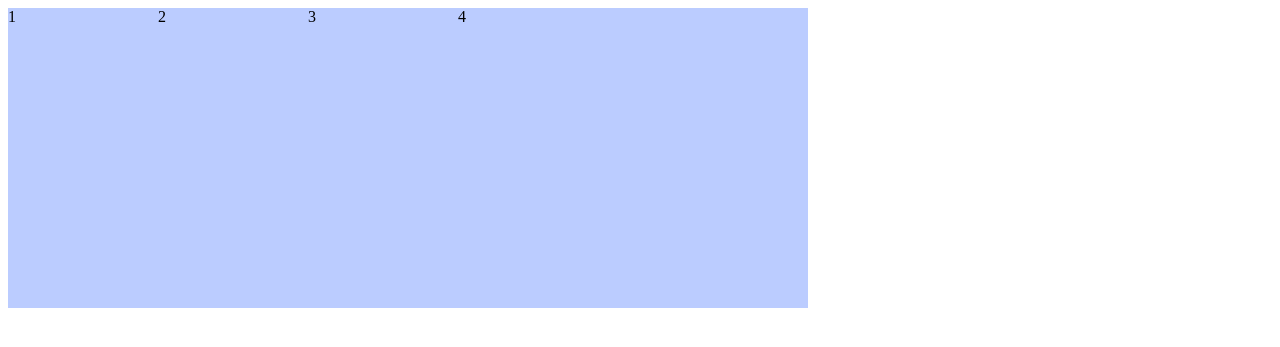
Repository: liutian97/learn1
Page: 移动端web开发/代码/2. Flex 伸缩布局/05-flex-wrap子元素是否换行.html
These files come from the project's save history. The page is drawn as it stood at one moment and after a run of saves; the edit follows.
The browser window is 1280 px wide. The pictures show the whole page.

Above is the page before, as saved 2022-07-02 16:51:26.

After the next 2 saves:
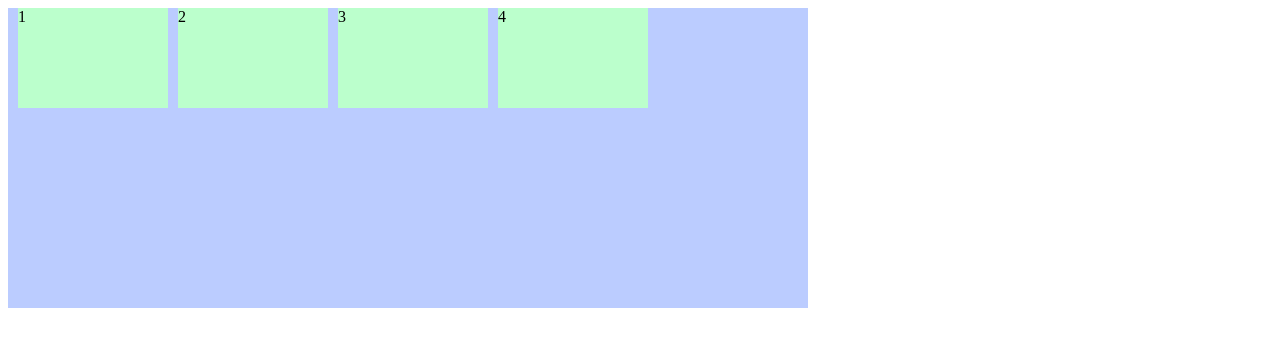
The 2 saves are shown as one change because they came seconds apart.
The last was saved 8 s later.
--- a/移动端web开发/代码/2. Flex 伸缩布局/05-flex-wrap子元素是否换行.html
+++ b/移动端web开发/代码/2. Flex 伸缩布局/05-flex-wrap子元素是否换行.html
@@ -15,7 +15,7 @@
     div span {
       width: 150px;
       height: 100px;
-      margin
+      margin-left: 10px;
       background-color: #bfc;
     }
   </style>
